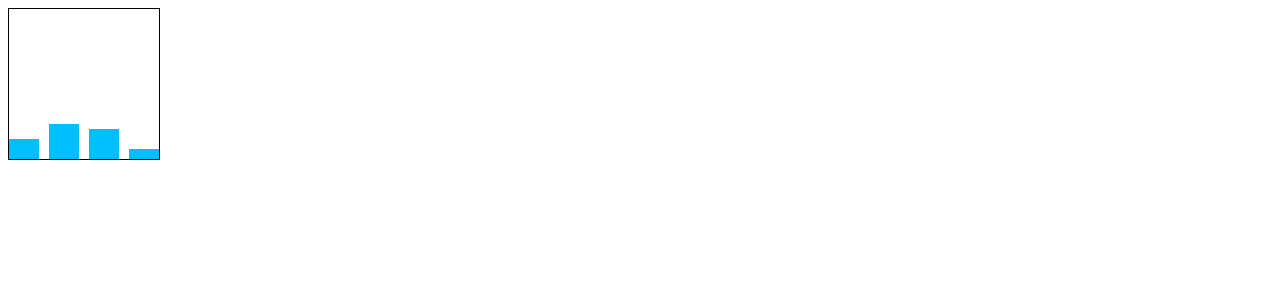
Repository: SeungYn/Javascript-study-toy
Page: canvas-tutorial/index.html
An editor plug-in stored every save of this project. The page is shown before and after the next save, followed by the edit.
The browser window is 1280 px wide. The pictures show the whole page.

Above is the page before, as saved 2023-03-14 11:27:54.

After the next save:
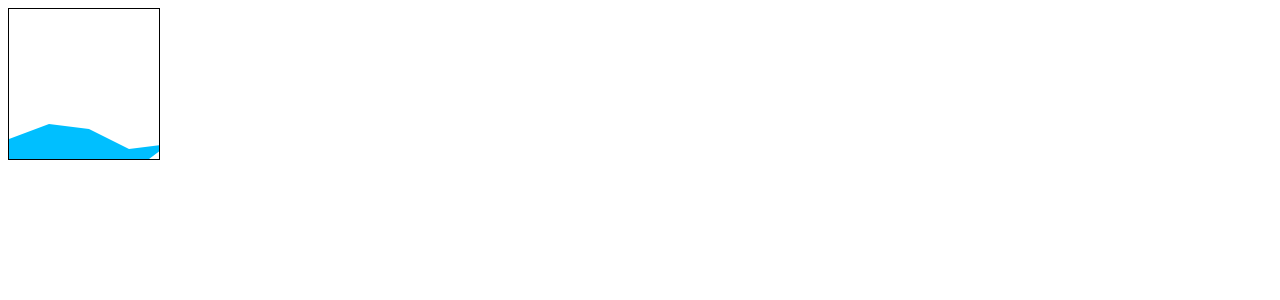
Saved 89 s later.
--- a/canvas-tutorial/index.html
+++ b/canvas-tutorial/index.html
@@ -20,17 +20,29 @@
     var context = canvas.getContext('2d');
     var data = [20, 35, 30, 10, 15];
 
+    // 그래프 데이터 정의
+    var data = [20, 35, 30, 10, 15];
+
     // 그래프 스타일 정의
     var barWidth = 30;
     var barSpacing = 10;
     var barColor = '#00bfff';
 
     // 그래프 그리기
+    context.beginPath();
     for (var i = 0; i < data.length; i++) {
       var x = i * (barWidth + barSpacing);
       var y = canvas.height - data[i];
-      context.fillStyle = barColor;
-      context.fillRect(x, y, barWidth, data[i]);
+      if (i === 0) {
+        context.moveTo(x, y);
+      } else {
+        context.lineTo(x, y);
+      }
     }
+    context.lineTo(canvas.width - barSpacing, canvas.height);
+    context.lineTo(0, canvas.height);
+    context.closePath();
+    context.fillStyle = barColor;
+    context.fill();
   </script>
 </html>
